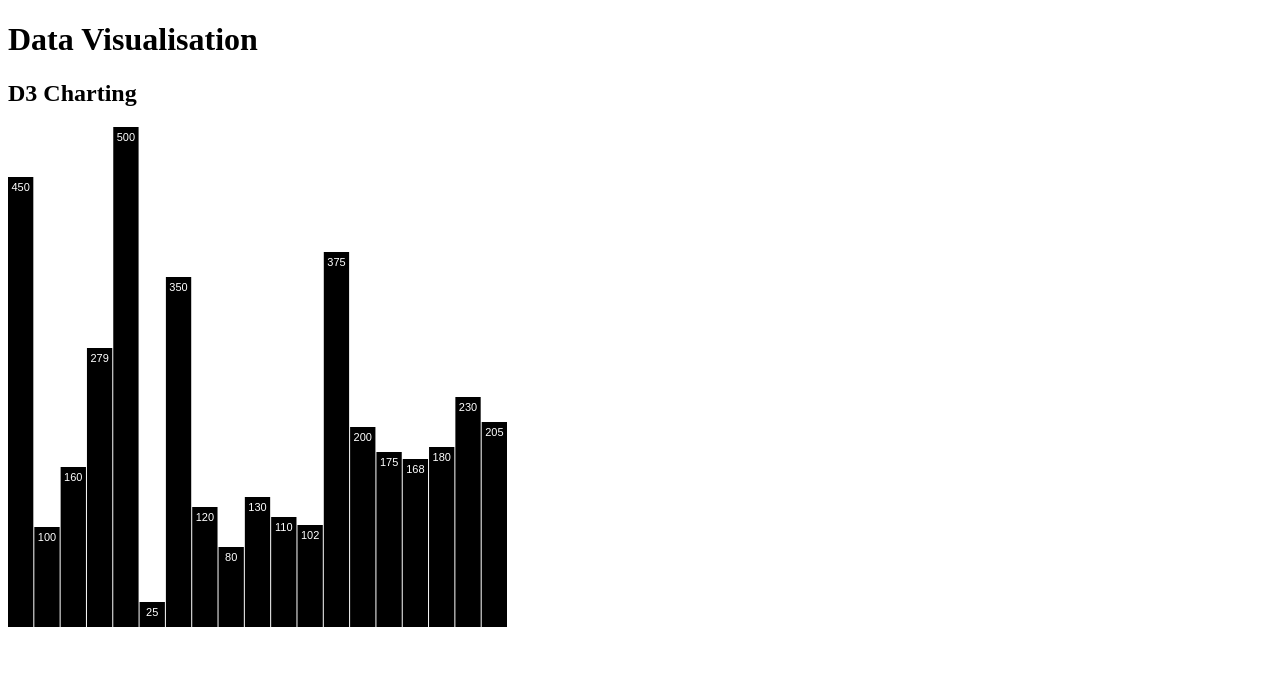
Repository: nitr-am/d3.js-svj
Page: d3_charting.html
The author's editor kept a record of every edit. The page is drawn from the files as they stood at one moment, then again after the next edit.
The browser window is 1280 px wide. The pictures show the whole page.
Some web libraries are served in a nearby version.

Above is the page before.

After the next edit:
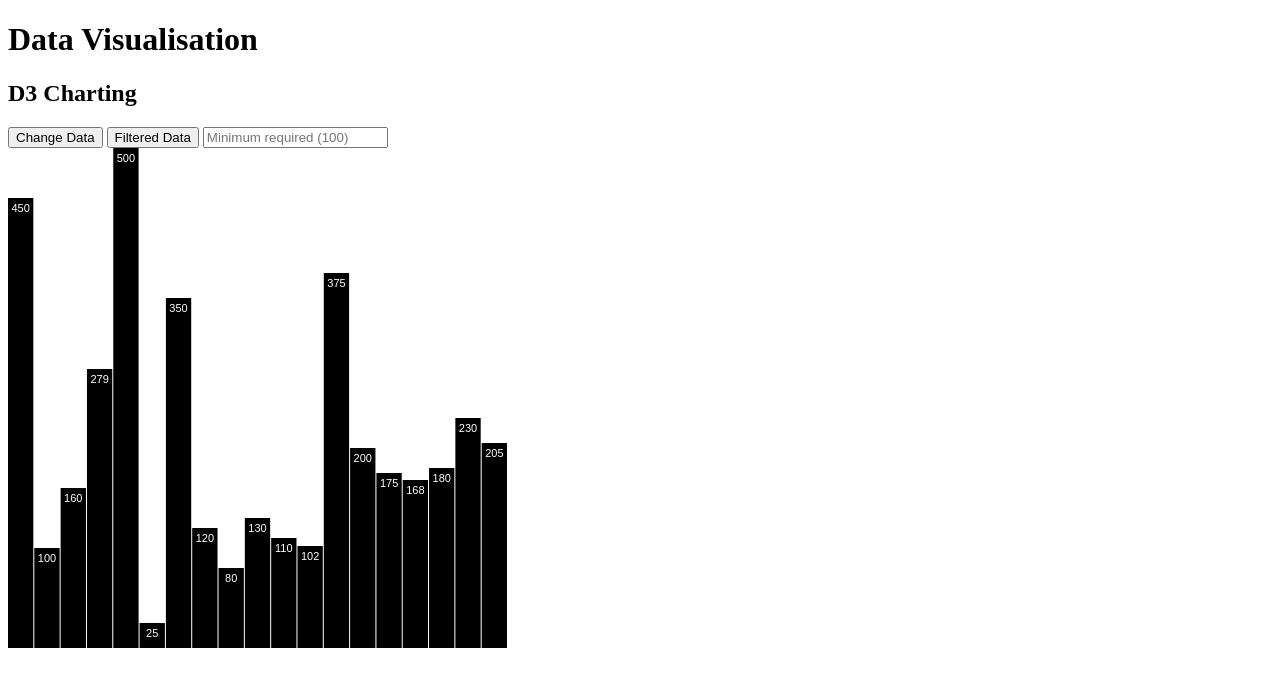
The edit:
--- a/d3_charting.html
+++ b/d3_charting.html
@@ -15,6 +15,10 @@
     <h1>Data Visualisation</h1>
 
     <h2>D3 Charting</h2>
+
+    <button onclick="change_data()">Change Data</button>
+    <button onclick="filter_data()">Filtered Data</button>
+    <input type=text id="filter_value" placeholder="Minimum required (100)"/>
 
     <div id="draw-here"></div>
 
